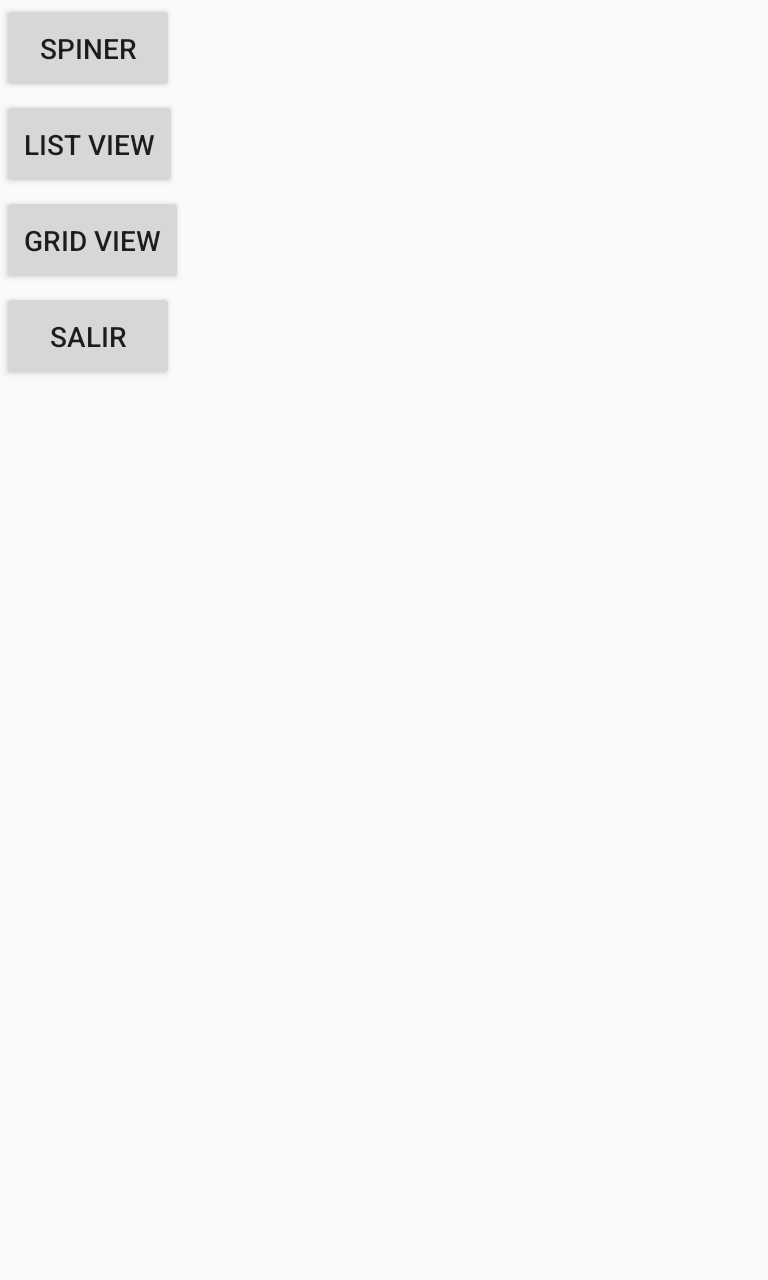
Repository: matiasmasca/proyectosEclipse
Layout: practica/practica5/res/layout/activity_main.xml
The author's editor kept a copy of each file at every save. The layout is drawn from the files as they stood at one save, then again after the next save.
It is drawn on a 768 x 1280 px phone screen (xhdpi) without system bars, with theme AppTheme; the app's code is not run.

Above is the layout before, as saved 2014-06-30 17:13:13.

### practica/practica5/res/layout/activity_main.xml
<?xml version="1.0" encoding="utf-8"?>
<LinearLayout xmlns:android="http://schemas.android.com/apk/res/android"
    android:layout_width="match_parent"
    android:layout_height="match_parent"
    android:orientation="vertical" >

    <LinearLayout
        android:layout_width="match_parent"
        android:layout_height="wrap_content"
        android:orientation="vertical" >
    </LinearLayout>

       <Button
        android:id="@+id/main_activity_btnSpiner"
        android:layout_width="wrap_content"
        android:layout_height="wrap_content"
        android:text="Spiner" />


    <Button
        android:id="@+id/main_activity_btnListView"
        android:layout_width="wrap_content"
        android:layout_height="wrap_content"
        android:text="List View" />

    <Button
        android:id="@+id/main_activity_btnGridView"
        android:layout_width="wrap_content"
        android:layout_height="wrap_content"
        android:text="Grid View" />

    <Button
        android:id="@+id/main_activity_btnSalir"
        android:layout_width="wrap_content"
        android:layout_height="wrap_content"
        android:text="Salir" />


</LinearLayout>

Loaded but not shown: practica/practica5/res/values/styles.xml (common file); practica/practica5/res/values-v11/styles.xml (common file); practica/practica5/res/values-v14/styles.xml (common file)

After the next save:
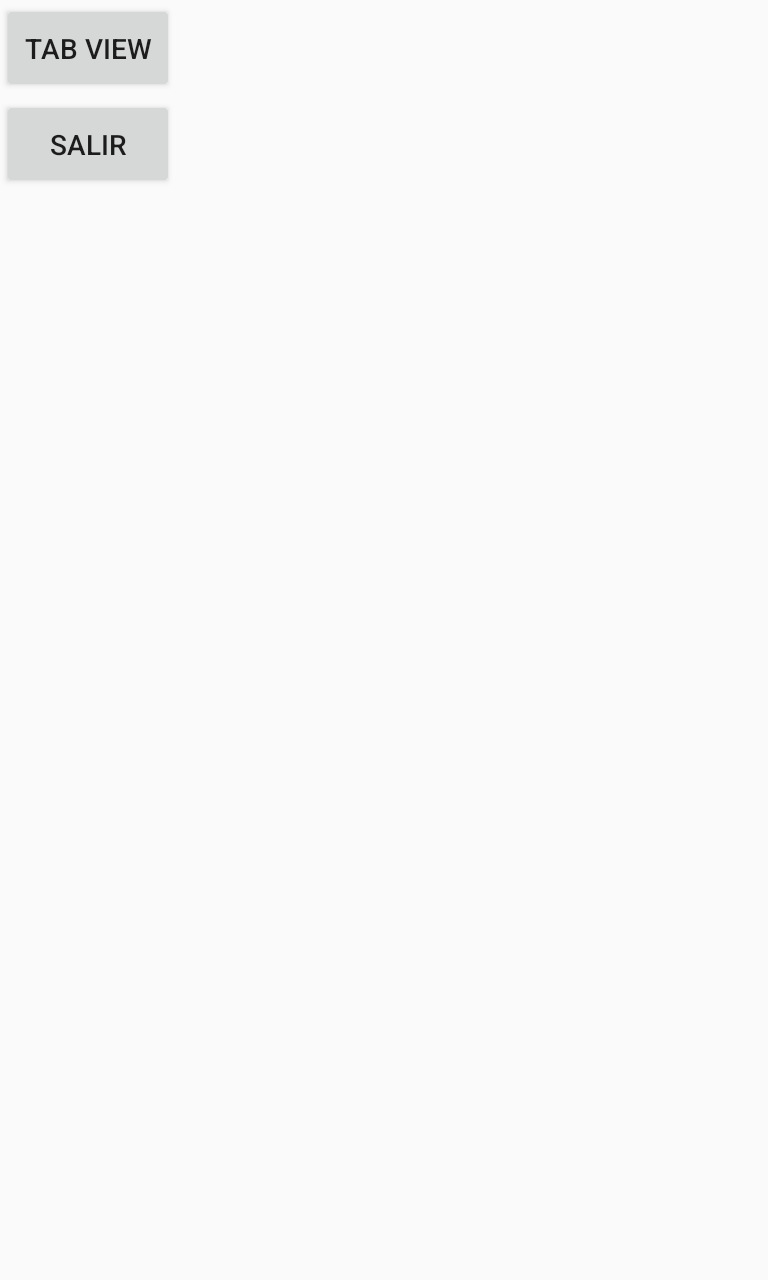
Saved 4 s later.
--- a/practica/practica5/res/layout/activity_main.xml
+++ b/practica/practica5/res/layout/activity_main.xml
@@ -11,23 +11,10 @@
     </LinearLayout>
 
        <Button
-        android:id="@+id/main_activity_btnSpiner"
-        android:layout_width="wrap_content"
-        android:layout_height="wrap_content"
-        android:text="Spiner" />
-
-
-    <Button
-        android:id="@+id/main_activity_btnListView"
-        android:layout_width="wrap_content"
-        android:layout_height="wrap_content"
-        android:text="List View" />
-
-    <Button
-        android:id="@+id/main_activity_btnGridView"
-        android:layout_width="wrap_content"
-        android:layout_height="wrap_content"
-        android:text="Grid View" />
+           android:id="@+id/main_activity_btnTabView"
+           android:layout_width="wrap_content"
+           android:layout_height="wrap_content"
+           android:text="Tab View" />
 
     <Button
         android:id="@+id/main_activity_btnSalir"
